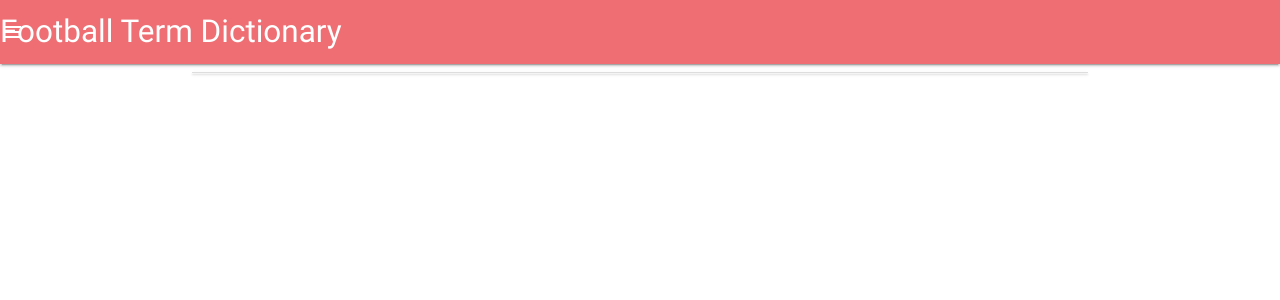
Repository: BLMcDonald/Milestone3
Page: http://localhost/
The author's editor kept a record of every edit. The page is drawn from the files as they stood at one moment, then again after the next edit.
The browser window is 1280 px wide. The pictures show the whole page.
Some web libraries are served in a nearby version. The page is served by the project's application, run on Flask 3 (app.py). Queries for data that is not in the repository find no rows.

Above is the page before.
Console error: TypeError: $(...).sidenav is not a function

### templates/words.html
{% extends 'base.html'%}
{% block content %}

    <ul class="collapsible" data-collapsible="accordion">
        {% for word in words %}
        <li>
            <div class="collapsible-header word_header">
                <div class="col s3">
                    <i class="material-icons">expand_more</i>
                    <a href="{{url_for('delete_word', word_id=word._id)}}" class="waves-effect waves-light btn btn_custom red">Delete</a>
                    <a href="{{url_for('edit_word', word_id=word._id)}}" class="waves-effect waves-light btn btn_custom blue">Edit</a>
                </div>
                <div class="col s9">
                    <strong>{{word.word_name}}</strong>
                </div>

            </div>
            <div class="collapsible-body"><span>{{word.definition}}</span></div>
        </li>
        {% endfor %}
    </ul>

{% endblock %}

### templates/base.html
<!DOCTYPE html>
<html lang="en">
<head>
    <link href="https://fonts.googleapis.com/icon?family=Material+Icons" rel="stylesheet">
    <link rel="stylesheet" href="https://cdnjs.cloudflare.com/ajax/libs/materialize/0.100.2/css/materialize.min.css">
    <link rel="stylesheet" href="{{url_for('static', filename='css/style.css')}}" type="text/css"/>
</head>
<body>
    <header>
        <nav>
            <div class="nav-wrapper">
                <a href="{{url_for('get_words')}}" class="brand-logo">Football Term Dictionary</a>
                <a href="#" data-target="mobile-demo" class="sidenav-trigger"><i class="material-icons">menu</i></a>
                <ul id="nav-mobile" class="right hide-on-med-and-down">
                    <li><a href="{{url_for('get_words')}}">Home</a></li>
                    <li><a href="{{url_for('add_word')}}">Add Word</a></li>
                </ul>
                <ul class="sidenav" id="mobile-demo">
                    li><a href="{{url_for('get_words')}}">Home</a></li>
                    <li><a href="{{url_for('add_word')}}">Add Word</a></li>
                </ul>
            </div>
        </nav>
    </header>
    <div class="container">
        {% block content %}
        {% endblock %}
    </div>

    <script src="https://cdnjs.cloudflare.com/ajax/libs/jquery/3.2.1/jquery.min.js"></script>
    <script src="https://cdnjs.cloudflare.com/ajax/libs/materialize/0.100.2/js/materialize.min.js"></script>
    <script type="text/javascript">

        $(document).ready(function() {
            $('.collapsible').collapsible();
            $('.sidenav').sidenav();
        })
    </script>
</body>
</html>

### app.py
import os
from flask import Flask, render_template, redirect, request, url_for
from flask_pymongo import PyMongo
from bson.objectid import ObjectId

app = Flask(__name__)

app.config["MONGO_DBNAME"] = 'dictionary'
app.config["MONGO_URI"] = 'mongodb+srv://root:83OH5Pni9RRgTofE@projectscluster-hyee9.mongodb.net/dictionary?retryWrites=true&w=majority'

mongo = PyMongo(app)


@app.route('/')
@app.route('/get_words')
def get_words():
    return render_template("words.html", words=mongo.db.words.find())

@app.route('/add_word')
def add_word():
    return render_template("addword.html")

@app.route('/insert_word', methods=['POST'])
def insert_word():
    words = mongo.db.words
    words.insert_one(request.form.to_dict())
    return redirect(url_for('get_words'))

@app.route('/edit_word/<word_id>')
def edit_word(word_id):
    the_word = mongo.db.words.find_one({"_id": ObjectId(word_id)})
    return render_template("editword.html", word=the_word)

if __name__ == '__main__':
    app.run(host=os.environ.get('IP'),
            port=int(os.environ.get('PORT')),
            debug=True)

### static/css/style.css
.btn_custom {
    height: 24px;
    width: 70px;
    line-height: 24px;
    margin: 5px;
    padding: 0px 8px;
}

.word_header {
    margin-top: 5px;
}

After the next edit:
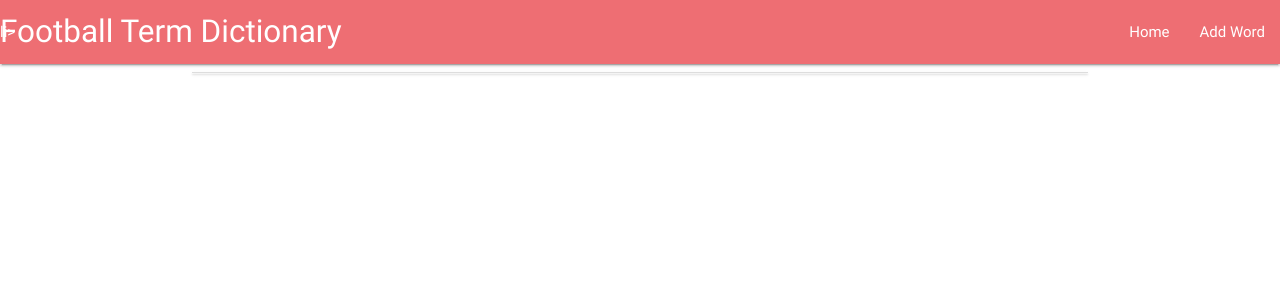
The edit:
--- a/templates/base.html
+++ b/templates/base.html
@@ -10,7 +10,7 @@
         <nav>
             <div class="nav-wrapper">
                 <a href="{{url_for('get_words')}}" class="brand-logo">Football Term Dictionary</a>
-                <a href="#" data-target="mobile-demo" class="sidenav-trigger"><i class="material-icons">menu</i></a>
+                <a href="#" data-activates="mobile-demo" class="button-collapse"><i class="material-icons">menu</i></a>
                 <ul id="nav-mobile" class="right hide-on-med-and-down">
                     <li><a href="{{url_for('get_words')}}">Home</a></li>
                     <li><a href="{{url_for('add_word')}}">Add Word</a></li>
